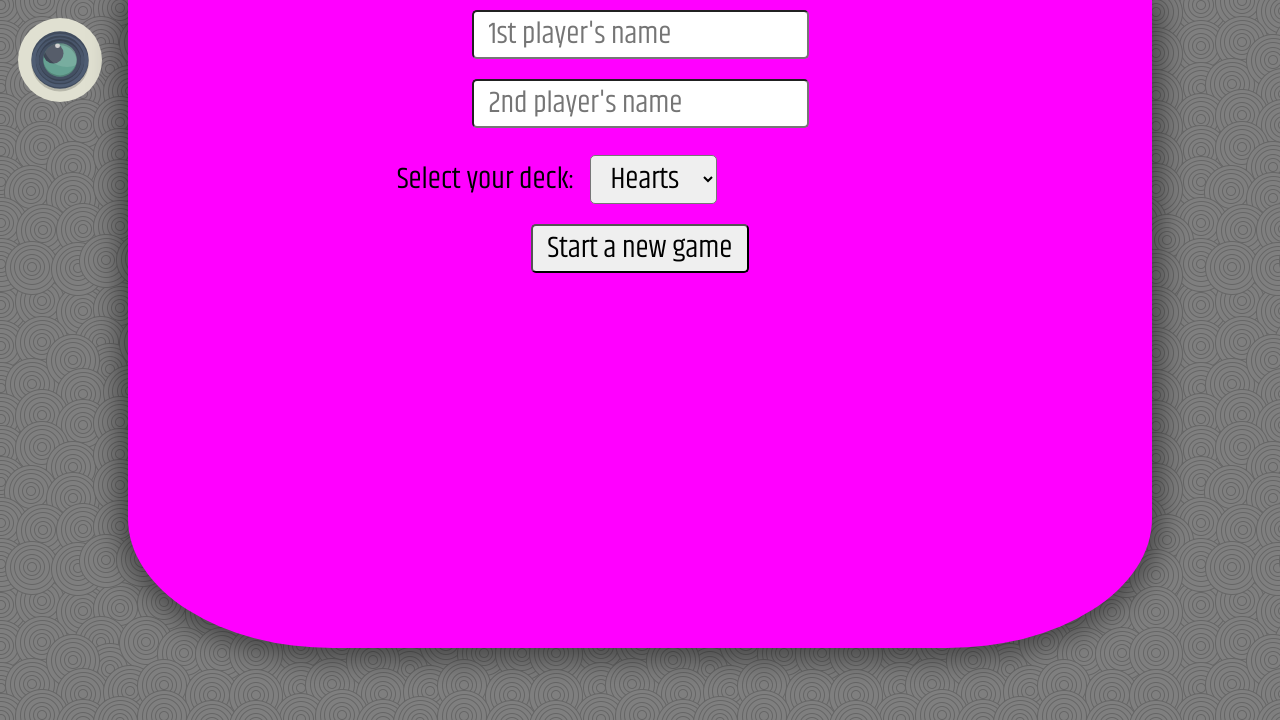
Repository: loragil/memory-game
Page: index.html
The author's editor kept a record of every edit. The page is drawn from the files as they stood at one moment, then again after the next edit.
The browser window is 1280 px wide. The pictures show the whole page.

Above is the page before.
Console error: SyntaxError: Unexpected token ')'

### index.html
<!DOCTYPE html>
<html>

<head>

    <link rel="stylesheet" type="text/css" href="https://fonts.googleapis.com/css?family=Khand">
    <link rel="stylesheet" href="css/reset.css" type="text/css" />
    <link rel="stylesheet" href="css/game.css" type="text/css" />
    <link rel="stylesheet" href="css/phone-default.css" type="text/css" />
    <link rel="stylesheet" href="css/tablet.css" type="text/css" />
    <link rel="stylesheet" href="css/desktop.css" type="text/css" />
    <link rel="import" href="components/game-card.html">
    <title>Memory Game</title>

</head>

<body>
    <div id="container">
        <div id="startScreen">
            <div class="wrapper">
                <div>
                    <label for="playerAName">
                        <input type="text" name="playerAName" placeholder="1st player's name" />
                    </label>
                </div>

                <div>
                    <label for="playerBName">
                        <input type="text" name="playerBName" placeholder="2nd player's name" />
                    </label>
                </div>

                <div>
                    <label for="selectDeck">
                        Select your deck:
                        <select name="selectDeck" id="selectDeck">
                            <option value="hearts">Hearts</option>
                            <option value="stars">Stars</option>
                            <option value="mat">Mat</option>
                            <option value="arrows">Arrows</option>
                            <option value="zigzag">Zig Zag</option>
                        </select>
                    </label>

                    <div class="preview"></div>
                </div>

                <div>
                    <input id="startNew" type="button" value="Start a new game" />
                </div>
            </div>

            <div class="eye left"><i><i><i><i><s></s><u></u></i></i>
                </i>
                </i>
            </div>
            <div class="eye right"><i><i><i><i><s></s><u></u></i></i>
                </i>
                </i>
            </div>
        </div>

        <div class="game">

            <div class="details">
                <div>
                    <span>Pairs left to match: </span>
                    <span id="pairsLeft"></span>
                </div>
                <div>
                    <span>It's <em class="currentPlayer"></em>'s turn</span>
                </div>
            </div>

            <div id="playerA">
                <h3></h3>
                <ul></ul>
            </div>

            <div class="board"></div>

            <div id="playerB">
                <h3></h3>
                <ul></ul>
            </div>

        </div>
    </div>
    <script type="text/javascript" src="js/game.js"></script>
</body>

</html>

### css/game.css
html {
    font-size: 10px;
}
body {
    font-size: 62.5%;
}
html,
body {
    height: 100%;
    font-family: 'Khand', sans-serif, Arial;
}
input,
select,
label {
    font-size: 3rem;
    margin: 1rem;
    border-radius: 0.5rem;
    padding: 0 1.5rem;
    font-family: khand;
}
.preview {
    display: inline-block;
    width: 15rem;
    height: 5rem;
    transform: translateY(1.5rem);
    border-radius: 5rem;
}
/* deck patterns: */

.preview.arrows {
    background: linear-gradient(45deg, #92baac 45px, transparent 45px)64px 64px, linear-gradient(45deg, #92baac 45px, transparent 45px, transparent 91px, #e1ebbd 91px, #e1ebbd 135px, transparent 135px), linear-gradient(-45deg, #92baac 23px, transparent 23px, transparent 68px, #92baac 68px, #92baac 113px, transparent 113px, transparent 158px, #92baac 158px);
    background-color: #e1ebbd;
    background-size: 128px 128px;
}
.preview.zigzag {
    background: linear-gradient(135deg, #ECEDDC 25%, transparent 25%) -50px 0, linear-gradient(225deg, #ECEDDC 25%, transparent 25%) -50px 0, linear-gradient(315deg, #ECEDDC 25%, transparent 25%), linear-gradient(45deg, #ECEDDC 25%, transparent 25%);
    background-size: 100px 100px;
    background-color: #EC173A;
}
.preview.mat {
    background: radial-gradient(circle at 0% 50%, rgba(96, 16, 48, 0) 9px, #613 10px, rgba(96, 16, 48, 0) 11px) 0px 10px, radial-gradient(at 100% 100%, rgba(96, 16, 48, 0) 9px, #613 10px, rgba(96, 16, 48, 0) 11px), #8a3;
    background-size: 20px 20px;
}
.preview.hearts {
    background: radial-gradient(circle closest-side at 60% 43%, #b03 26%, rgba(187, 0, 51, 0) 27%), radial-gradient(circle closest-side at 40% 43%, #b03 26%, rgba(187, 0, 51, 0) 27%), radial-gradient(circle closest-side at 40% 22%, #d35 45%, rgba(221, 51, 85, 0) 46%), radial-gradient(circle closest-side at 60% 22%, #d35 45%, rgba(221, 51, 85, 0) 46%), radial-gradient(circle closest-side at 50% 35%, #d35 30%, rgba(221, 51, 85, 0) 31%), radial-gradient(circle closest-side at 60% 43%, #b03 26%, rgba(187, 0, 51, 0) 27%) 50px 50px, radial-gradient(circle closest-side at 40% 43%, #b03 26%, rgba(187, 0, 51, 0) 27%) 50px 50px, radial-gradient(circle closest-side at 40% 22%, #d35 45%, rgba(221, 51, 85, 0) 46%) 50px 50px, radial-gradient(circle closest-side at 60% 22%, #d35 45%, rgba(221, 51, 85, 0) 46%) 50px 50px, radial-gradient(circle closest-side at 50% 35%, #d35 30%, rgba(221, 51, 85, 0) 31%) 50px 50px;
    background-color: #b03;
    background-size: 100px 100px;
}
.preview.stars {
    background: linear-gradient(324deg, #232927 4%, transparent 4%) -70px 43px, linear-gradient( 36deg, #232927 4%, transparent 4%) 30px 43px, linear-gradient( 72deg, #e3d7bf 8.5%, transparent 8.5%) 30px 43px, linear-gradient(288deg, #e3d7bf 8.5%, transparent 8.5%) -70px 43px, linear-gradient(216deg, #e3d7bf 7.5%, transparent 7.5%) -70px 23px, linear-gradient(144deg, #e3d7bf 7.5%, transparent 7.5%) 30px 23px, linear-gradient(324deg, #232927 4%, transparent 4%) -20px 93px, linear-gradient( 36deg, #232927 4%, transparent 4%) 80px 93px, linear-gradient( 72deg, #e3d7bf 8.5%, transparent 8.5%) 80px 93px, linear-gradient(288deg, #e3d7bf 8.5%, transparent 8.5%) -20px 93px, linear-gradient(216deg, #e3d7bf 7.5%, transparent 7.5%) -20px 73px, linear-gradient(144deg, #e3d7bf 7.5%, transparent 7.5%) 80px 73px;
    background-color: #232927;
    background-size: 100px 100px;
}
#container {
    position: relative;
    height: 100%;
    background-image: url('../assets/images/swirl_pattern.png');
    overflow: hidden;
}
#startScreen {
    position: fixed;
    width: 100%;
    height: 100%;
    z-index: 1;
    background-color: rgba(0, 0, 0, 0.5);
}
#startScreen .wrapper {
    width: 80%;
    margin: 0px auto;
    text-align: center;
    top: 0rem;
    left: 50%;
    height: 90%;
    position: fixed;
    transform: translateX(-50%);
    transition: all 0.6s;
    z-index: 5;
    background: fuchsia;
    /*border-radius: 0 0 65% 65%;*/
    /*border-radius: 50% 0% 115% 10%;*/

    border-radius: 0% 0% 20% 20%;
    box-shadow: 0px 0.2rem 3rem 0.7rem rgba(0, 0, 0, 0.5);
}
#startScreen .content {
    position: absolute;
    top: 50%;
    left: 50%;
    transform: translate(-50%, -50%);
}
.eye {
    transform: scale(0.7);
    background: #e0e0d1;
    width: 120px;
    height: 120px;
    border-radius: 50%;
    margin: 0 auto;
    display: inline-block;
}
.eye i {
    background: #4f5d73;
    width: 82px;
    height: 82px;
    border-radius: 50%;
    display: inline-block;
    margin: 19px;
    box-shadow: inset 0 4px 0 rgba(0, 0, 0, .18), inset 0 -2px 0 rgba(0, 0, 0, .18), 0 4px 0 rgba(0, 0, 0, .18);
    -webkit-transition: all .43s cubic-bezier(.73, .19, .21, 1.7)
}
.eye i i {
    background: rgba(0, 0, 0, .07);
    width: 86%;
    height: 86%;
    margin: 7%;
    box-shadow: inset 0 3px 0 rgba(0, 0, 0, .18), inset 0 -2px 0 rgba(0, 0, 0, .18)
}
.eye i i i i {
    background: #65a192;
    width: 80%;
    height: 80%;
    margin: 10%;
    overflow: hidden;
    position: relative
}
.eye u {
    background: #3f4755;
    width: 60%;
    height: 60%;
    border-radius: 50%;
    position: absolute;
    transition: all .3s;
}
.eye i i i i:before,
.eye u:after {
    content: '';
    position: absolute;
    width: 140%;
    height: 140%;
    background: rgba(255, 255, 255, .12);
    border-radius: 100%;
    top: -70%;
    z-index: 2
}
.eye u:after {
    width: 25%;
    height: 25%;
    background: #d3d2d2;
    top: 0;
    left: 60%
}
.eye s {
    position: absolute;
    width: 200%;
    height: 10%;
    z-index: 3;
    background: #3f4755;
    border-radius: 0 0 100% 100%;
    left: -50%;
    top: -10%;
    box-shadow: inset 0 -7px 7px rgba(0, 0, 0, .18);
    -webkit-animation: blink 10s infinite
}
@-webkit-keyframes blink {
    20%, 70%, 74% {
        height: 120%
    }
    18%,
    22%,
    68%,
    72%,
    76% {
        height: 10%
    }
}
.eye:hover i i {
    width: 90%;
    height: 90%;
    margin: 5%
}
#container.inGame #startScreen {
    top: -100%;
}
.game {
    position: relative;
    font-size: 2.6rem;
    overflow: hidden;
    width: 100%;
    height: 100%;
}
.details {
    padding: 0 1rem;
    text-align: center;
    position: fixed;
    width: 100%;
}
#playerA,
#playerB {
    position: absolute;
    top: 50%;
    transform: translateY(-50%);
    width: 10%;
    text-align: center;
}
#playerA img,
#playerB img {
    width: 8rem;
    position: absolute;
}
#playerA img:first-child,
#playerB img:first-child {
    transform: translateX(20px);
}
#playerB img:first-child {
    z-index: 1;
}
#playerA {
    left: 0;
}
#playerB {
    right: 0;
}
li {
    position: relative;
    height: 10rem;
}
.board {
    width: 74rem;
    height: 100%;
    margin: 2rem auto 0;
    display: flex;
    flex-direction: row;
    flex-wrap: wrap;
    align-items: center;
    justify-content: center;
    align-content: center;
}
game-card {
    flex: 0 0 auto;
    margin: 1rem;
    transition: opacity .3s ease-out;
}

### css/phone-default.css
@media only screen and (max-width: 640px) {

    body:after {
        content: 'tablet';
        display: none;
    }

    /*.details {
        background-color: green;
    }*/

} /*end of the media query*/

### css/tablet.css
@media only screen and (min-width: 641px) {

    body:after {
        content: 'tablet';
        display: none;
    }

    /*.details {
        background-color: blue;
    }*/

} /*end of the media query*/

### css/desktop.css
@media only screen and (min-width: 1140px) {

    body:after {
        content: 'desktop';
        display: none;
    }

    /*.details {
        background-color: red;
    }*/
} /*end of the media query*/

### js/game.js
;
(function() {
    'use strict';

    var cardTypes = [{
        id: '8-ball',
        source: 'http://igorminar.github.io/Memory-Game/app/img/8-ball.png'
    }, {
        id: 'baked-potato',
        source: 'http://igorminar.github.io/Memory-Game/app/img/baked-potato.png'
    }, {
        id: 'dinosaur',
        source: 'http://igorminar.github.io/Memory-Game/app/img/dinosaur.png'
    }, {
        id: 'kronos',
        source: 'http://igorminar.github.io/Memory-Game/app/img/kronos.png'
    }, {
        id: 'rocket',
        source: 'http://igorminar.github.io/Memory-Game/app/img/rocket.png'
    }, {
        id: 'skinny-unicorn',
        source: 'http://igorminar.github.io/Memory-Game/app/img/skinny-unicorn.png'
    }, {
        id: 'that-guy',
        source: 'http://igorminar.github.io/Memory-Game/app/img/that-guy.png'
    }, {
        id: 'zeppelin',
        source: 'http://igorminar.github.io/Memory-Game/app/img/zeppelin.png'
    }];

    function shuffle(deck) {
        for (var j, x, i = deck.length; i; j = parseInt(Math.random() * i), x = deck[--i], deck[i] = deck[j], deck[j] = x);
        return deck;
    };

    function createCards(cardTypes) {
        var deck = [],
            card;

        for (var i = 0; i < cardTypes.length; i++) {
            card = '<game-card card_id="' + cardTypes[i].id + '" card_source="' + cardTypes[i].source + '"></game-card>';
            deck.push(card);
            card = '<game-card card_id="' + cardTypes[i].id + '" card_source="' + cardTypes[i].source + '"></game-card>';
            deck.push(card);
        }

        return shuffle(deck);
    }

    function createBoard(deck) {
        var board = document.querySelector('.board');
        board.innerHTML = deck.join('');
    }

    var deck = createCards(cardTypes);
    createBoard(deck);

    function isGameRunning() {
        return deck.length > 0;
    }

    function setPlayersNames(playerA, playerB) {
        document.querySelector('#playerA h3').innerHTML = playerA;
        document.querySelector('#playerB h3').innerHTML = playerB;

        currentPlayerPlaceHolder.innerHTML = playerA;
    }

    var players = [{
        id: 'playerA',
        name: '',
        score: 0
    }, {
        id: 'playerB',
        name: '',
        score: 0
    }];

    var currentPlayerPlaceHolder = document.querySelector('.currentPlayer');

    var currentPlayer = 0;


    var visibleCards = [];
    var pairsCount = cardTypes.length;
    document.getElementById('pairsLeft').innerHTML = pairsCount;

    function switchPlayer() {
        currentPlayer = currentPlayer === 0 ? 1 : 0;
        currentPlayerPlaceHolder.innerHTML = players[currentPlayer].name;
    }

    function isMatch(cards) {
        return cards[0].getAttribute('card_id') === cards[1].getAttribute('card_id');
    }

    function removePair() {
        /*visibleCards[0].remove();
                    visibleCards[1].remove();*/


        visibleCards[0].style.opacity = 0;
        visibleCards[0].style.pointerEvents = 'none';
        visibleCards[1].style.opacity = 0;
        visibleCards[1].style.pointerEvents = 'none';

        pairsCount--;
        document.getElementById('pairsLeft').innerHTML = pairsCount;
    }

    function flipBack() {
        visibleCards[0].setAttribute('hide', true);
        visibleCards[1].setAttribute('hide', true);
    }

    function assignToPlayer() {
        var li = document.createElement('li');
        var img = document.createElement('img');
        img.src = visibleCards[0].getAttribute('card_source');
        li.appendChild(img.cloneNode(true));
        li.appendChild(img);
        document.querySelector('#' + players[currentPlayer].id + ' ul').appendChild(li);
    };

    var gameCards = document.querySelectorAll('game-card');

    [].forEach.call(gameCards, function(DOMcard) {
        DOMcard.addEventListener('click', function() {
            if (this == visibleCards[0]) {
                return;
            }

            visibleCards.push(this);
            this.setAttribute('block', '');

            if (visibleCards.length == 2) {

                [].forEach.call(gameCards, function(c) {
                    c.setAttribute('block', '');
                });

                setTimeout(function() {
                    if (isMatch(visibleCards)) {
                        assignToPlayer();
                        removePair();
                        players[currentPlayer].score += 1;
                        if (pairsCount === 0) {
                            var winnerId = players[0].score === players[1].score ? "draw" : players[0].score > players[1].score ? 0 : 1;

                            alert('game over, ' + players[winnerId].name + ' wins!');
                        }
                    }
                    else {
                        flipBack();
                        switchPlayer();
                    }

                    // reset visibleCards;
                    visibleCards.length = 0;

                    [].forEach.call(gameCards, function(c) {
                        c.removeAttribute('block');
                        c.removeAttribute('hide');
                    });
                }, 1500);

            }

            // display message


        });
    });


    /************************** game UI logic ********************************/
    document.getElementById('startNew').addEventListener('click', function() {
        start();
    });

    function start() {
        var container = document.getElementById('container'),
            nameA = document.querySelector('[name=playerAName]'),
            nameB = document.querySelector('[name=playerBName]');
        players[0].name = nameA.value;
        players[1].name = nameB.value;

        setPlayersNames(players[0].name, players[1].name)
        container.classList.add('inGame');


        /*var gameCards = document.querySelectorAll('game-card');
        var backImage = document.getElementById('selectDeck').value;
        document.getElementByClassName('preview').classList.add(backImage);
        for (var i = 0; i < gameCards.length; i++) {
            var back = gameCards[i].shadowRoot.querySelector('.back');
            back.classList.add(backImage);
        }*/
    }

document.onLoad = function (){
    var deckSelect = document.getElementById('selectDeck');
    deckSelect.addEventListener('onchange', function() {
        updateSelectedDeck();
    });



    function updateSelectedDeck() {
        var gameCards = document.querySelectorAll('game-card');
        var backImage = deckSelect.value;
        document.getElementByClassName('preview').classList.add(backImage);
        for (var i = 0; i < gameCards.length; i++) {
            var back = gameCards[i].shadowRoot.querySelector('.back');
            back.classList.add(backImage);
        }
    }

    /*eye - follow animation*/
    function eyeTracking() {
        var mouseX = 0,
            mouseY = 0,
            limitX = 20,
            limitY = 20;

        document.getElementById('startScreen').addEventListener('mousemove', function(e) {
            for (var i = 0; i < follower.length; i++) {
                var offset = document.querySelectorAll('.eye i i i i');
                mouseX = Math.min(e.pageX - offset[i].offsetLeft, limitX);
                mouseY = Math.min(e.pageY - offset[i].offsetTop, limitY);
            }
            if (mouseX < 0) mouseX = 0;
            if (mouseY < 0) mouseY = 0;
        });

        var follower = document.querySelectorAll('.eye u'),
            xp = 0,
            yp = 0,
            loop = setInterval(function() {
                xp += (mouseX - xp) / 1;
                yp += (mouseY - yp) / 1;

                for (var i = 0; i < follower.length; i++) {
                    follower[i].style.left = xp + 'px';
                    follower[i].style.top = yp + 'px';
                }
                /*follower.style.left = xp + 'px';
                follower.style.top = yp + 'px';*/

            }, 30);
    }
    eyeTracking();

}());

Loaded but not shown: css/reset.css (common file)

After the next edit:
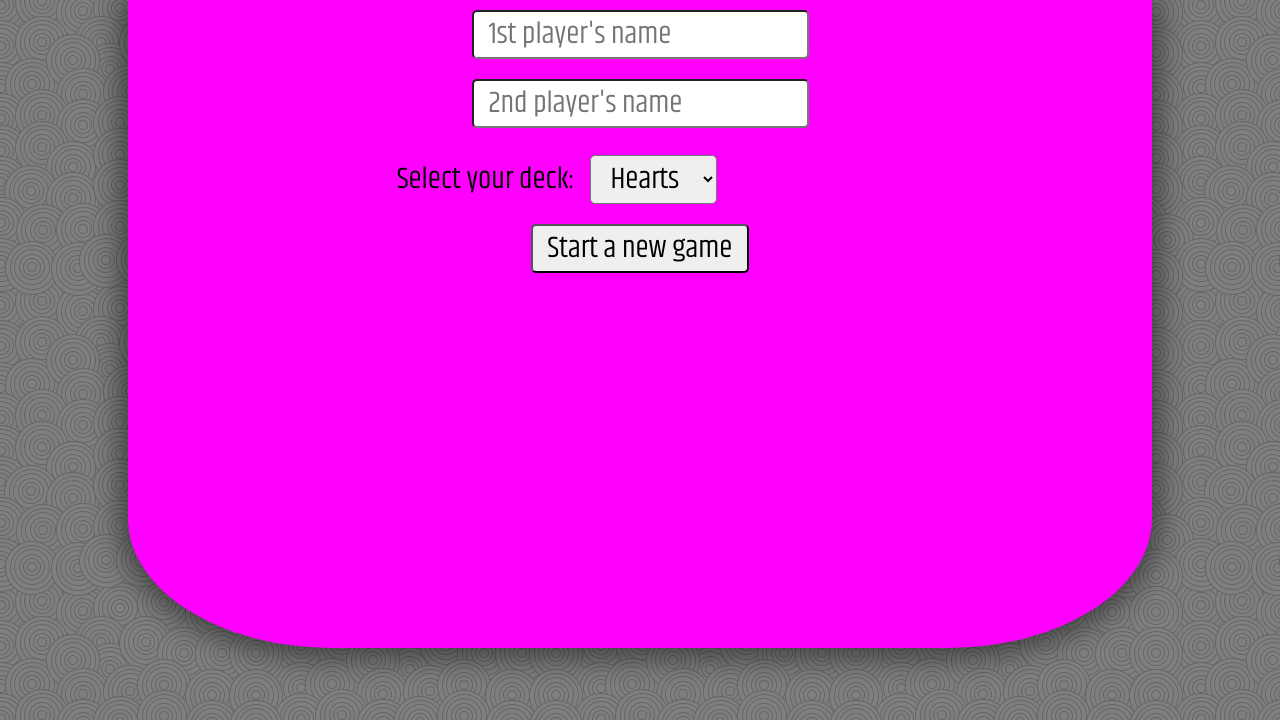
The edit:
--- a/css/game.css
+++ b/css/game.css
@@ -88,95 +88,7 @@
     left: 50%;
     transform: translate(-50%, -50%);
 }
-.eye {
-    transform: scale(0.7);
-    background: #e0e0d1;
-    width: 120px;
-    height: 120px;
-    border-radius: 50%;
-    margin: 0 auto;
-    display: inline-block;
-}
-.eye i {
-    background: #4f5d73;
-    width: 82px;
-    height: 82px;
-    border-radius: 50%;
-    display: inline-block;
-    margin: 19px;
-    box-shadow: inset 0 4px 0 rgba(0, 0, 0, .18), inset 0 -2px 0 rgba(0, 0, 0, .18), 0 4px 0 rgba(0, 0, 0, .18);
-    -webkit-transition: all .43s cubic-bezier(.73, .19, .21, 1.7)
-}
-.eye i i {
-    background: rgba(0, 0, 0, .07);
-    width: 86%;
-    height: 86%;
-    margin: 7%;
-    box-shadow: inset 0 3px 0 rgba(0, 0, 0, .18), inset 0 -2px 0 rgba(0, 0, 0, .18)
-}
-.eye i i i i {
-    background: #65a192;
-    width: 80%;
-    height: 80%;
-    margin: 10%;
-    overflow: hidden;
-    position: relative
-}
-.eye u {
-    background: #3f4755;
-    width: 60%;
-    height: 60%;
-    border-radius: 50%;
-    position: absolute;
-    transition: all .3s;
-}
-.eye i i i i:before,
-.eye u:after {
-    content: '';
-    position: absolute;
-    width: 140%;
-    height: 140%;
-    background: rgba(255, 255, 255, .12);
-    border-radius: 100%;
-    top: -70%;
-    z-index: 2
-}
-.eye u:after {
-    width: 25%;
-    height: 25%;
-    background: #d3d2d2;
-    top: 0;
-    left: 60%
-}
-.eye s {
-    position: absolute;
-    width: 200%;
-    height: 10%;
-    z-index: 3;
-    background: #3f4755;
-    border-radius: 0 0 100% 100%;
-    left: -50%;
-    top: -10%;
-    box-shadow: inset 0 -7px 7px rgba(0, 0, 0, .18);
-    -webkit-animation: blink 10s infinite
-}
-@-webkit-keyframes blink {
-    20%, 70%, 74% {
-        height: 120%
-    }
-    18%,
-    22%,
-    68%,
-    72%,
-    76% {
-        height: 10%
-    }
-}
-.eye:hover i i {
-    width: 90%;
-    height: 90%;
-    margin: 5%
-}
+
 #container.inGame #startScreen {
     top: -100%;
 }
